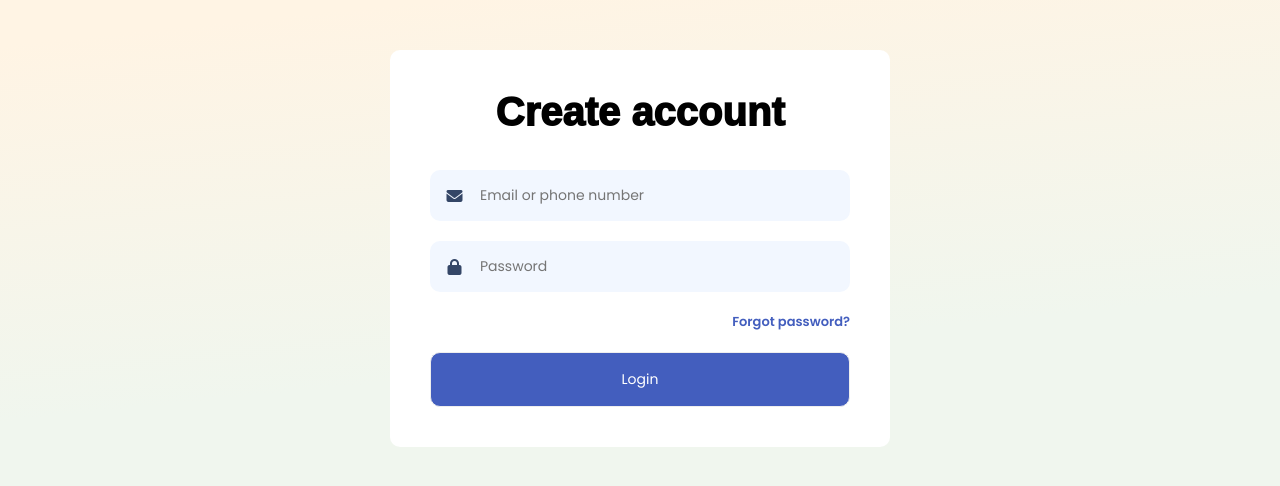
Repository: VuTuanAnh0949/loginForm
Page: index.html
An editor plug-in stored every save of this project. The page is shown before and after the next save, followed by the edit.
The browser window is 1280 px wide. The pictures show the whole page.

Above is the page before, as saved 2022-04-15 21:10:21.

### index.html
<!DOCTYPE html>
<html lang="en">
<head>
  <meta charset="UTF-8">
  <meta http-equiv="X-UA-Compatible" content="IE=edge">
  <meta name="viewport" content="width=device-width, initial-scale=1.0">
  <link
  href="https://fonts.googleapis.com/css2?family=Poppins:wght@300;400;600&display=swap"
  rel="stylesheet"
/>
<link rel="stylesheet" href="style.css">
<link rel="stylesheet" href="/fontawesome-free-6.1.1-web/css/all.css">
  <title>Login</title>
</head>
<body>
  <div class="login">
    <div class="login__heading">
      Create account
    </div>
    <div class="login-field">
      <i class="fa-solid fa-envelope login-icon"></i>
      <input type="email" class="login-input" placeholder="Email or phone number">
    </div>
    <div class="login-field">
      <i class="fa-solid fa-lock login-icon"></i>
      <input type="password" class="login-input" placeholder="Password">
    </div>
    <a href="#" class="login__forgot--password">Forgot password?</a>
    <button class="login-submit">Login</button>
  </div>
</body>
</html>

### style.css
html{
  font-size: 62.5%;
  font-family: "Poppins", sans-serif;
}
*{
box-sizing: border-box;
}
body{
  background-image: linear-gradient( 174.2deg,  rgba(255,244,228,1) 7.1%, rgba(240,246,238,1) 67.4% );
}
.login{
width: 500px;
margin: 50px auto;
padding: 40px;
background-color: white;
border-radius: 10px;
}
.login__heading{
  font-size: 40px;
  font-family: Arial, Helvetica, sans-serif;
  font-weight: 1000;
  text-align: center;
  padding-bottom: 35px;
}
.login-field{
  display: flex;
  align-items: center;
  background-color: #f2f7ff;
  padding: 15px;
  margin-bottom: 20px;
  border-radius: 10px;
}
.login-icon{
  color: #344667;
  font-size: 16px;
  width: 20px;
  text-align: center;

}
.login-input{
  font-family: "Poppins", sans-serif;
  border: 0;
  padding: 0 0 0 16px;
  background-color: transparent;
  width: 100%;
  outline: none;
  font-size: 14px;
}
.login-submit{
  color: white;
  border-radius: 10px;
  display: block;
  width: 100%;
  border: 0;
  padding: 16px 10px;
   background-color: #435ebe;
   font-size: 14px;
   font-family: "Poppins", sans-serif;
   cursor: pointer;
   outline: none;
   border: 1px solid #eee;
}
.login__forgot--password{
  display: block;
  text-decoration: none;
  text-align: right;
  margin-bottom: 20px;
  font-size: 13px;
  font-weight: 600;
  color: #435ebe;
  }

Loaded but not shown: fontawesome-free-6.1.1-web/css/all.css (library)

After the next save:
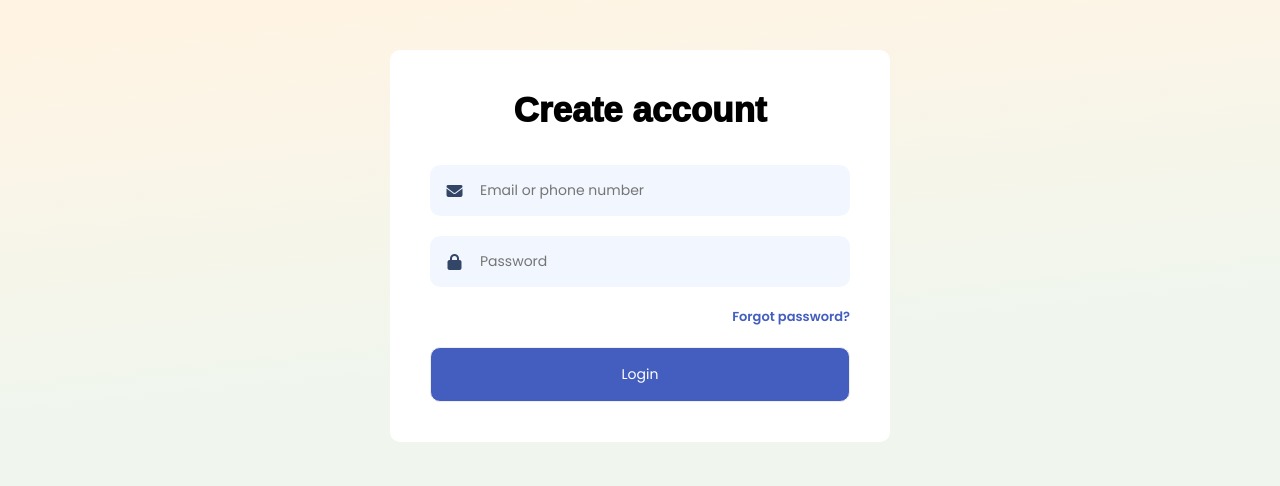
Saved 9 s later.
--- a/style.css
+++ b/style.css
@@ -16,7 +16,7 @@ background-color: white;
 border-radius: 10px;
 }
 .login__heading{
-  font-size: 40px;
+  font-size: 35px;
   font-family: Arial, Helvetica, sans-serif;
   font-weight: 1000;
   text-align: center;
